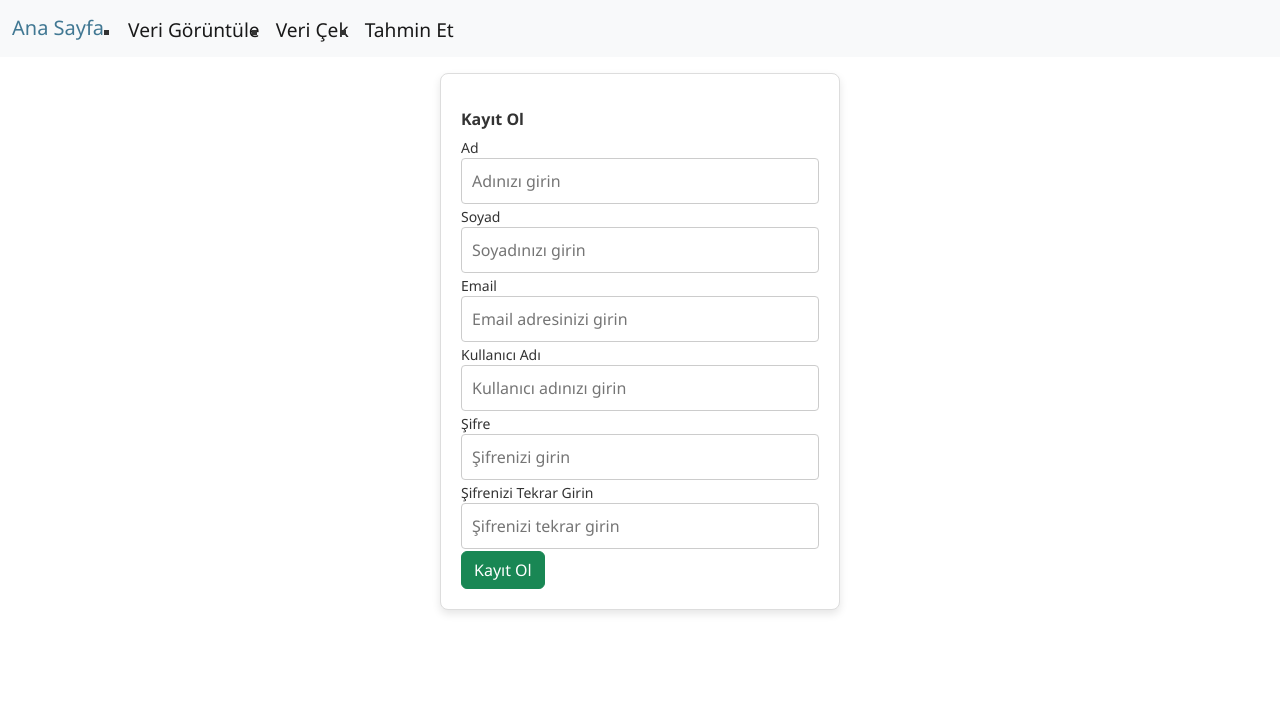
Repository: keremtanil/football_match_result_prediction
Page: http://localhost/account/register
An editor plug-in stored every save of this project. The page is shown before and after the next save, followed by the edit.
The browser window is 1280 px wide. The pictures show the whole page.
The page is served by the project's application, run on Django 3.2 (blogapp/manage.py).

Above is the page before, as saved 2025-01-06 20:10:04.

After the next save:
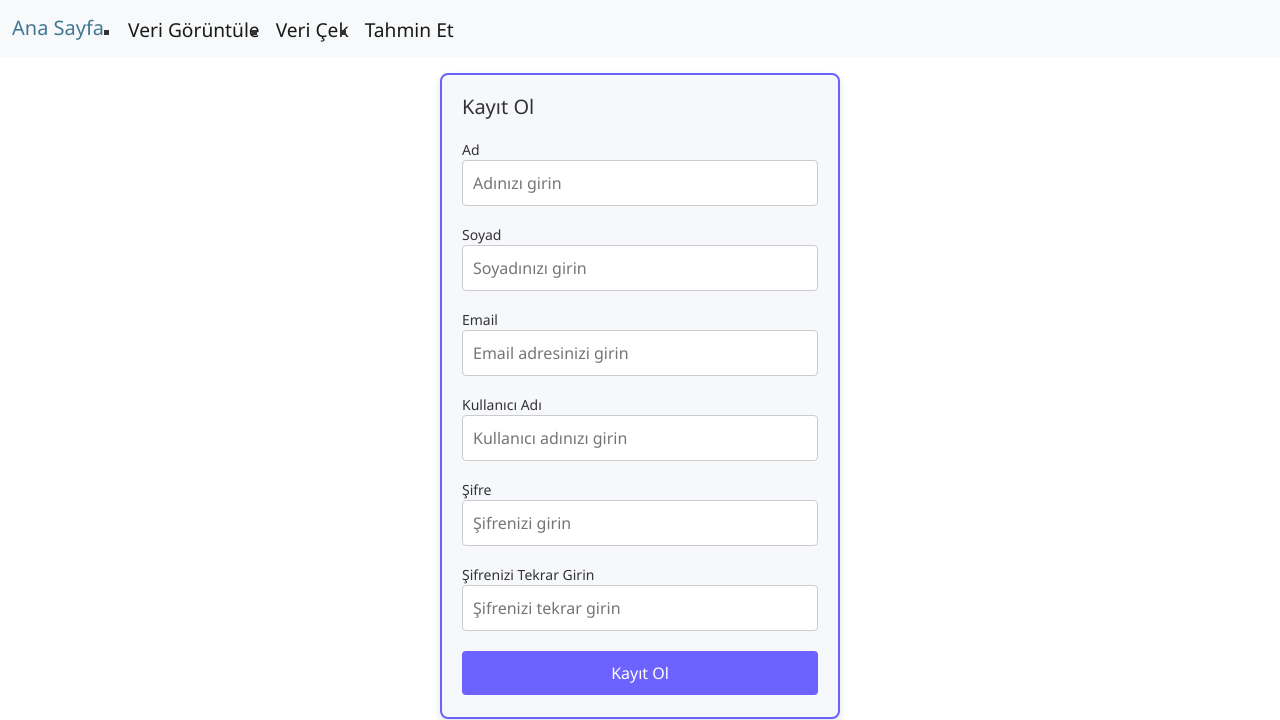
Saved 31 s later.
--- a/blogapp/account/templates/account/register.html
+++ b/blogapp/account/templates/account/register.html
@@ -6,34 +6,35 @@
 
 {% block content %}
 <div class="container mt-3">
-    <form>
-        <h2>Kayıt Ol</h2>
-        <div>
-            <label for="name">Ad</label>
-            <input type="text" id="name" placeholder="Adınızı girin">
+    <form class="register-form">
+        <h1>Kayıt Ol</h1>
+        <div class="form-row">
+            <div class="mb-3">
+                <label for="name">Ad</label>
+                <input type="text" id="name" placeholder="Adınızı girin">
+            </div>
+            <div class="mb-3">
+                <label for="surname">Soyad</label>
+                <input type="text" id="surname" placeholder="Soyadınızı girin">
+            </div>
         </div>
-        <div>
-            <label for="surname">Soyad</label>
-            <input type="text" id="surname" placeholder="Soyadınızı girin">
-        </div>
-        <div>
+        <div class="mb-3">
             <label for="email">Email</label>
             <input type="email" id="email" placeholder="Email adresinizi girin">
         </div>
-        <div>
+        <div class="mb-3">
             <label for="username">Kullanıcı Adı</label>
             <input type="text" id="username" placeholder="Kullanıcı adınızı girin">
         </div>
-        <div>
+        <div class="mb-3">
             <label for="password">Şifre</label>
             <input type="password" id="password" placeholder="Şifrenizi girin">
         </div>
-        <div>
+        <div class="mb-3">
             <label for="repassword">Şifrenizi Tekrar Girin</label>
             <input type="password" id="repassword" placeholder="Şifrenizi tekrar girin">
         </div>
-        <button type="submit" class="btn btn-success">Kayıt Ol</button>
+        <input type="submit" value="Kayıt Ol">
     </form>
-
 </div>
 {% endblock %}
